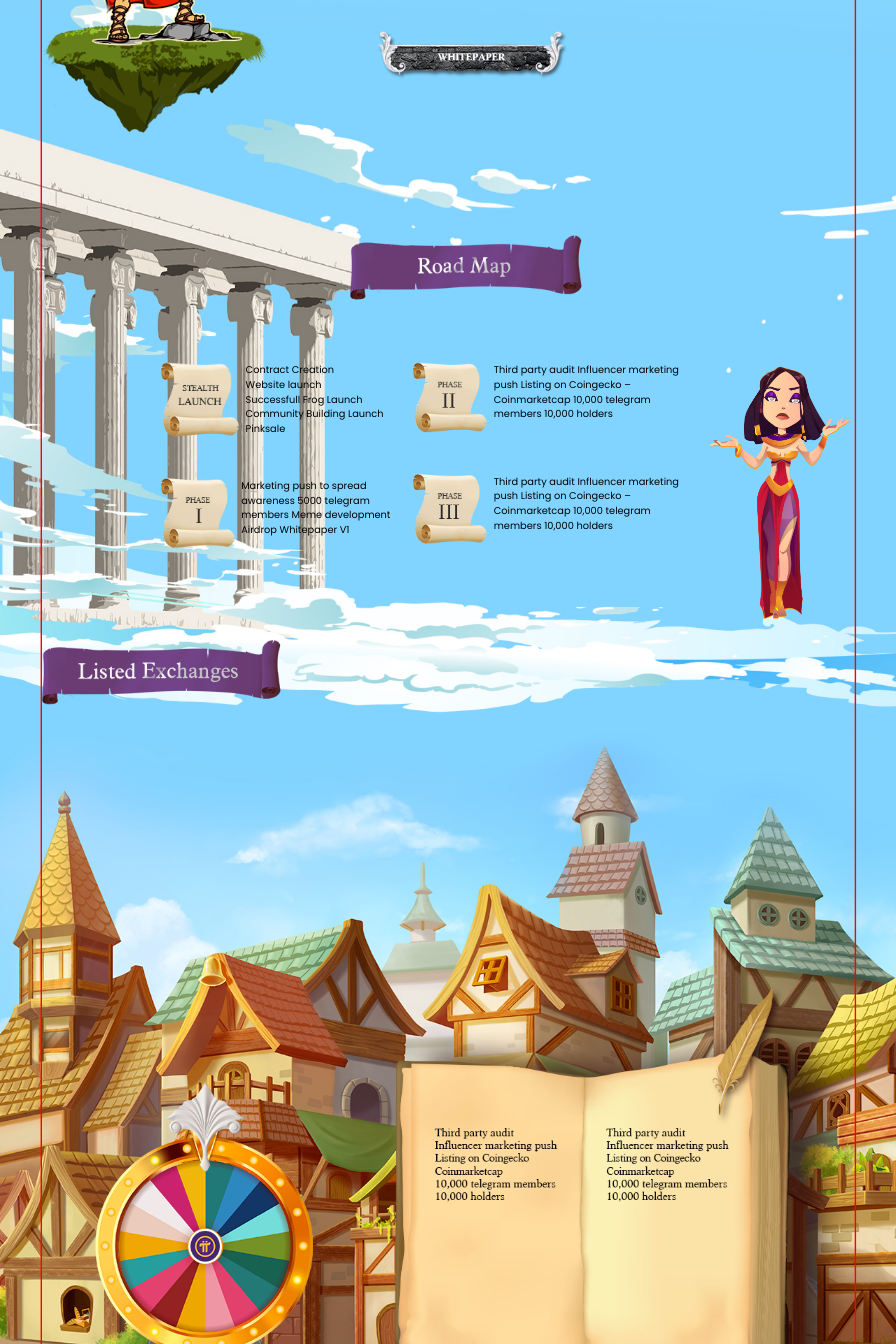
Repository: ducanhaep/pi-project
Page: index.html
An editor plug-in stored every save of this project. The page is shown before and after the next save, followed by the edit.
The browser window is 1280 px wide. The pictures show the part of the page from y = 1535 to 3455 px (the page is 6183 px tall), at 70% of full size.
The style sheet was rebuilt from its Sass, Less or Tailwind sources for each picture, by a compiler version that may differ from the author's.

Above is the page before, as saved 2022-07-04 22:19:25.

### index.html
<!DOCTYPE html>
<html lang="en">

<head>
	<meta charset="UTF-8">
	<meta http-equiv="X-UA-Compatible" content="IE=edge">
	<meta name="viewport" content="width=device-width, initial-scale=1.0">
	<title>Document</title>
	<link rel="preconnect" href="https://fonts.googleapis.com">
	<link rel="preconnect" href="https://fonts.gstatic.com" crossorigin>
	<link
		href="https://fonts.googleapis.com/css2?family=Nunito:wght@400;500;600;700&family=Poppins:wght@400;500;600;700&display=swap"
		rel="stylesheet">
	<link rel="stylesheet" href="./style.css">
</head>

<body>
	<div class="wrapper">
		<div class="container">
			<header>
				<nav class="navigation">
					<ul class="links">
						<li class="link">
							<a href="#">
								<img src="./images/logo.png" alt="logo" class="logo">
							</a>
						</li>
						<li class="link active">
							<a href="#">
								Home
							</a>
						</li>
						<li class="link">
							<a href="#">
								Audit
							</a>
						</li>
						<li class="link">
							<a href="#">
								KYC
							</a>
						</li>
						<li class="link">
							<a href="#">
								<img src="./images/buy-now.png" alt="">
							</a>
						</li>
					</ul>
					<!-- <button class="sidebar-toggle">
						<ion-icon name="menu-outline"></ion-icon>
					</button> -->
				</nav>

				<div class="header-content">
					<img class="header-content-title" src="images/header-title.png" alt="">

					<div class="header-content-image">
						<img src="./images/header-img.png" alt="" class="zeus">

						<div class="cloud">
							<img src="./images/clound.png" alt="cloud">
						</div>
						<!-- <div class="cloud1">
							<img src="./images/clound.png" alt="cloud">
						</div>
						<div class="cloud2">
							<img src="./images/clound.png" alt="cloud">
						</div> -->
						<div class="cloud3">
							<img src="./images/clound.png" alt="cloud">
						</div>
						<!-- <div class="cloud4">
							<img src="./images/clound.png" alt="cloud">
						</div> -->
					</div>
					<p class="header-content-description">Pi network inu is the funniest frog on BSC! A community-focused,
						decentralized <br> cryptocurrency with
						instant rewards for holders.
					</p>

					<ul class="header-content-links">
						<li>
							<a href="#">
								<img src="./images/header-btn-1.png" alt="btn-link">
							</a>
						</li>
						<li>
							<a href="#">
								<img src="./images/header-btn-2.png" alt="btn-link">
							</a>
						</li>
						<li>
							<a href="#">
								<img src="./images/header-btn-3.png" alt="btn-link">
							</a>
						</li>
					</ul>
					<div class="header-content-contract">
						<div class="content">
							<p class="contract">
								CONTRACT ADDRESS
							</p>
							<p class="address">0xc8CfAE61C3cDEA19D0dd8
								<br> D73411E4b6682E4b6682
							</p>
							<p class="copy">COPY</p>

						</div>
					</div>

				</div>
			</header>

			<main class="main">
				<session class="what-is">
					<div class="left-img">
						<img src="./images/whatis.png" alt="ss">
					</div>
					<div class="content">
						<img class="title" src="./images/sesstion-title1.png" alt="session title">
						<p>Pinetwork Inu is a meme token that only rewards investors for holding, the number of rewards received
							will increase over time if investors hold them longer. We are the safest place for long and short term
							investors in the meme category. Safemoon x10000 shiba x10000 babydoge x10000 so the next x10000 memecoin
							will be Pinetwork Inu.</p>
						<a href="#">
							<img src="./images/whitepaper.png" alt="">
						</a>
					</div>
					<div class="right-img">
						<img src="./images/book.png" alt="book">
					</div>
				</session>

				<session class="road-map">
					<div class="road-map-img">
						<img src="./images/roadmap.png" alt="road-map">
					</div>

					<div class="content">
						<div class="left-content box-phase">
							<div class="phase">
								<img src="./images/stealth-lauch.png" alt="stealth-lauch">
								<p>Contract Creation <br> Website launch <br> Successfull Frog Launch Community Building Launch Pinksale
								</p>
							</div>
							<div class="phase">
								<img src="./images/phase1.png" alt="stealth-lauch">
								<p>
									Marketing push to spread awareness
									5000 telegram members
									Meme development
									Airdrop
									Whitepaper V1
								</p>
							</div>

						</div>
						<div class="right-content box-phase">
							<div class="phase">
								<img src="./images/phase2.png" alt="stealth-lauch">
								<p>Third party audit
									Influencer marketing push
									Listing on Coingecko – Coinmarketcap
									10,000 telegram members
									10,000 holders</p>
							</div>
							<div class="phase">
								<img src="./images/phase3.png" alt="stealth-lauch">
								<p>Third party audit
									Influencer marketing push
									Listing on Coingecko – Coinmarketcap
									10,000 telegram members
									10,000 holders</p>
							</div>

						</div>
						<div class="image">
							<img src="./images/road-image.png" alt="">
						</div>
					</div>
				</session>

				<session class="list-exchanges">
					<div class="list-exchanges-image">
						<img src="./images/list-exchanges.png" alt="list-exchanges">
					</div>
					<div class="content">
						<div class="left">
							<img src="./images/spin.png" alt="spin">
						</div>
						<div class="right">
							<img src="./images/list-book.png" alt="spin">
						</div>
					</div>
				</session>

				<session class="the-god-nft">
					<div class="the-god-nft-image">
						<img src="./images/the-god-nft-title.png" alt="">
					</div>
					<div class="content">
						<img src="./images/nft1.png" alt="god">
						<img src="./images/nft2.png" alt="god">
						<img src="./images/nft3.png" alt="god">
						<img src="./images/nft4.png" alt="god">

					</div>
				</session>

				<session class="list-exchanges-bottom">
					<div class="list-exchanges-bottom-title">
						<img src="./images/list-exchanges.png" alt="title">
					</div>
					<div class="list-exchanges-bottom-image">
						<img src="./images/list-exchanges-btn-img.png" alt="title">
					</div>

					<div class="list-bottom-links">
						<ul class="list-links">
							<li>
								<a href="#">
									<img src="./images/list-link1.png" alt="link">
								</a>
							</li>
							<li>
								<a href="#">
									<img src="./images/list-link2.png" alt="link">
								</a>
							</li>
							<li>
								<a href="#">
									<img src="./images/list-link3.png" alt="link">
								</a>
							</li>
							<li>
								<a href="#">
									<img src="./images/list-link4.png" alt="link">
								</a>
							</li>
						</ul>
						<ul class="list-links">
							<li>
								<a href="#">
									<img src="./images/list-link5.png" alt="link">
								</a>
							</li>
							<li>
								<a href="#">
									<img src="./images/list-link6.png" alt="link">
								</a>
							</li>
							<li>
								<a href="#">
									<img src="./images/list-link1.png" alt="link">
								</a>
							</li>
							<li>
								<a href="#">
									<img src="./images/list-link8.png" alt="link">
								</a>
							</li>
						</ul>
					</div>
				</session>

				<session class="features">
					<div class="features-title">
						<img src="./images/feature-title.png" alt="">
					</div>

					<div class="list-bottom-links">
						<ul class="list-links">
							<li>
								<a href="#">
									<img src="./images/list-link9.png" alt="link">
								</a>
							</li>
							<li>
								<a href="#">
									<img src="./images/list-link10.png" alt="link">
								</a>
							</li>
							<li>
								<a href="#">
									<img src="./images/list-link11.png" alt="link">
								</a>
							</li>
							<li>
								<a href="#">
									<img src="./images/list-link12.png" alt="link">
								</a>
							</li>
						</ul>
						<ul class="list-links">
							<li>
								<a href="#">
									<img src="./images/list-link9.png" alt="link">
								</a>
							</li>
							<li>
								<a href="#">
									<img src="./images/list-link10.png" alt="link">
								</a>
							</li>
							<li>
								<a href="#">
									<img src="./images/list-link11.png" alt="link">
								</a>
							</li>
							<li>
								<a href="#">
									<img src="./images/list-link12.png" alt="link">
								</a>
							</li>
						</ul>
					</div>

					<div class="features-address">
						<div class="box">
							0xc8CfAE61C3cDEA19D0dd8D73411E4b6682E4b6682
						</div>
					</div>

					<ul class="features-links">
						<li>
							<a href="#">
								<img src="./images/feature-link1.png" alt="link">
							</a>
						</li>
						<li>
							<a href="#">
								<img src="./images/feature-link2.png" alt="link">
							</a>
						</li>
						<li>
							<a href="#">
								<img src="./images/feature-link3.png" alt="link">
							</a>
						</li>
					</ul>

					<ul class="features-social">
						<li>
							<a href="#">
								<img src="./images/logo-discord.png" alt="link">
							</a>
						</li>
						<li>
							<a href="#">
								<img src="./images/logo-youtube.png" alt="link">
							</a>
						</li>
						<li>
							<a href="#">
								<img src="./images/logo-fb.png" alt="link">
							</a>
						</li>
						<li>
							<a href="#">
								<img src="./images/logo-tw.png" alt="link">
							</a>
						</li>
						<li>
							<a href="#">
								<img src="./images/logo-tele.png" alt="link">
							</a>
						</li>
						<li>
							<a href="#">
								<img src="./images/logo11.png" alt="link">
							</a>
						</li>
						<li>
							<a href="#">
								<img src="./images/logo12.png" alt="link">
							</a>
						</li>
					</ul>
				</session>
			</main>
			<footer>
				© 2022 Pinetwork Inu.io . All rights reserved
			</footer>
		</div>
	</div>

	<script type="module" src="https://unpkg.com/ionicons@5.5.2/dist/ionicons/ionicons.esm.js"></script>
	<script nomodule src="https://unpkg.com/ionicons@5.5.2/dist/ionicons/ionicons.js"></script>
</body>

</html>

### style.scss
/* Box sizing rules */
*,
*::before,
*::after {
  box-sizing: border-box;
}

/* Remove default margin */
body,
h1,
h2,
h3,
h4,
p,
figure,
blockquote,
dl,
dd {
  margin: 0;
}

h1,
h2,
h3,
h4 {
  font-family: var(--ff-secondary);
}

ul {
  list-style: none;
  margin: 0;
  padding: 0;
}

html:focus-within {
  scroll-behavior: smooth;
}

:root {
  --primary-text-color: #2c2637;
}

@mixin mobile {
  @media screen and (max-width: 576px) {
    @content;
  }
}
@mixin tablet {
  @media screen and (max-width: ≥768px) {
    @content;
  }
}

body {
  font-family: "Poppins", sans-serif;
}

.wrapper {
  background-image: url(./images/big-bg-1.jpg);
  background-repeat: no-repeat;
  background-size: cover;
  @include mobile {
    max-width: 90%;
  }
  margin: 0 auto;
}

.container {
  max-width: 1165px;
  margin: 0 auto;
  border: 2px solid red;
}
.navigation {
  @include mobile {
    position: fixed;
    top: 0;
    left: 0;
    width: 100%;
    height: 100%;
    background: var(--clr-white);
    display: grid;
    grid-template-rows: auto 1fr auto;
    row-gap: 1rem;
    box-shadow: var(--clr-red-dark);
    transition: var(--transition);
    transform: translate(-100%);
  }
}

.show-sidebar {
  transform: translate(0);
}

.links {
  display: flex;
  justify-content: center;
  align-items: center;
  gap: 70px;
  padding-top: 10px;

  .link {
    a {
      text-decoration: none;
      color: var(--primary-text-color);
      font-weight: 500;
      transition: all 0.3s;
      &:hover {
        color: #fff;
      }
    }
    .logo {
      width: 150px;
      height: 100px;
    }
  }
}

.header-content {
  display: flex;
  flex-direction: column;
  align-items: center;
  margin-top: 130px;
  position: relative;

  &-title {
    height: 125px;
    width: 680px;
    margin-bottom: 40px;
  }
  &-image {
    margin-bottom: 20px;
    position: relative;
    .zeus {
      height: 400px;
      width: 350px;
    }
    .cloud {
      position: absolute;
      bottom: -70px;
      left: 0;
      img {
        height: 200px;
        width: 600px;
      }
    }
    // .cloud1 {
    //   position: absolute;
    //   bottom: -115px;
    //   left: 270px;
    //   img {
    //     height: 320px;
    //     width: 600px;
    //   }
    // }
    // .cloud2 {
    //   position: absolute;
    //   bottom: -130px;
    //   right: 236px;
    //   img {
    //     height: 280px;
    //     width: 600px;
    //   }
    // }
    .cloud3 {
      position: absolute;
      bottom: -111px;
      right: 425px;
      z-index: 2;
      img {
        height: 320px;
        width: 600px;
      }
    }
    // .cloud4 {
    //   position: absolute;
    //   bottom: -280px;
    //   right: 403px;
    //   z-index: 2;
    //   img {
    //     height: 320px;
    //     width: 600px;
    //   }
    // }
  }
  &-description {
    text-align: center;
    margin-bottom: 50px;
    z-index: 2;
    font-size: 14px;
  }
  &-links {
    display: flex;
    justify-content: center;
    gap: 40px;
    z-index: 2;
    img {
      height: 60px;
      width: 260px;
    }
  }

  &-contract {
    display: flex;
    justify-content: center;
    height: 300px;
    width: 240px;
    position: absolute;
    top: 135px;
    left: -125px;
    background-image: url(./images/paper-quill-corp.png);
    background-repeat: no-repeat;
    background-size: cover;
    color: var(--primary-text-color);

    .content {
      display: flex;
      flex-direction: column;
      justify-content: center;
      gap: 25px;
    }
    .contract {
      font-weight: 600;
      font-size: 14px;
      padding-left: 20px;
    }
    .address {
      font-size: 10px;
      padding-left: 10px;
      font-weight: 400;
    }
    .copy {
      text-align: center;
      font-weight: 600;
      padding-top: 5px;
      padding-bottom: 5px;
      padding-right: 5px;
      margin-right: 20px;
      border-top: 1px solid var(--primary-text-color);
      border-bottom: 1px solid var(--primary-text-color);
      cursor: pointer;
    }

    .cloud {
      img {
        height: 300px;
        width: 300px;
      }
    }
  }
}

.what-is {
  margin-top: 260px;
  display: flex;
  gap: 20px;

  .content {
    display: flex;
    flex-direction: column;
    align-items: center;
    gap: 60px;
    .title {
      height: 95px;
      width: 460px;
    }
    p {
      text-align: center;
      font-size: 14px;
    }
  }

  .right-img {
    padding-top: 70px;
    padding-left: 45px;
    padding-right: 45px;
    img {
      height: 165px;
      width: 165px;
    }
  }
}

.road-map {
  display: block;
  margin-top: 130px;
  &-img {
    display: flex;
    justify-content: center;
    padding-left: 50px;
  }

  .content {
    display: flex;
    gap: 20px;
    font-size: 14px;
    margin-top: 90px;
    padding-left: 170px;
    .box-phase {
      display: flex;
      flex-direction: column;
      gap: 60px;
    }
    .phase {
      display: flex;
      gap: 10px;
    }

    .image {
      img {
        width: 220px;
        height: 390px;
      }
    }
  }
}

.list-exchanges {
  &-image {
    height: 92px;
  }
  .content {
    padding-left: 75px;
    display: flex;
    justify-content: center;
    gap: 40px;
    align-items: end;
    min-height: 1020px;
    .left {
      align-self: flex-end;
    }
  }
}

.the-god-nft {
  margin-top: 20px;
  display: block;
  &-image {
    display: flex;
    justify-content: center;
    margin-bottom: 40px;
  }
  .content {
    display: flex;
    justify-content: center;
    gap: 10px;
    img {
      width: auto;
      height: 380px;
    }
  }
}

.list-exchanges-bottom {
  &-title {
    display: flex;
    justify-content: center;
    margin-top: 300px;
    margin-bottom: 30px;
  }
  &-image {
    padding-left: 50px;
    display: flex;
    justify-content: center;
  }
}
.list-bottom-links {
  background-color: #fff;
  padding: 30px 50px;
  border-radius: 30px;
  margin-top: -60px;
  z-index: 2;
  position: relative;
  box-shadow: 4px 8px 9px 2px rgba(0, 0, 0, 0.69);
  .list-links {
    display: flex;
    justify-content: center;
    gap: 20px;
    padding: 0;
    img {
      width: 90%;
    }
  }
}

.features {
  position: relative;
  &-title {
    margin-top: 50px;
    display: flex;
    justify-content: center;
  }
  .list-bottom-links {
    margin-top: 45px;
    img {
      width: 100%;
    }
    .list-links:last-child {
      padding-bottom: 50px;
    }
  }

  &-address {
    display: flex;
    justify-content: center;
    .box {
      display: flex;
      justify-content: center;
      align-items: center;
      color: #fff;
      width: 430px;
      height: 50px;
      background-image: url("./images/feature-address-bg.png");
      z-index: 3;
      margin-top: -30px;
    }
  }
  &-links {
    padding: 0;
    margin-top: 40px;
    display: flex;
    justify-content: center;
    gap: 40px;
  }

  &-social {
    padding: 0;
    display: flex;
    gap: 40px;
    justify-content: center;
    margin-top: 50px;
    align-items: center;
  }
}

footer {
  display: flex;
  justify-content: center;
  align-items: center;
  font-weight: 500;
  min-height: 150px;
}

After the next save:
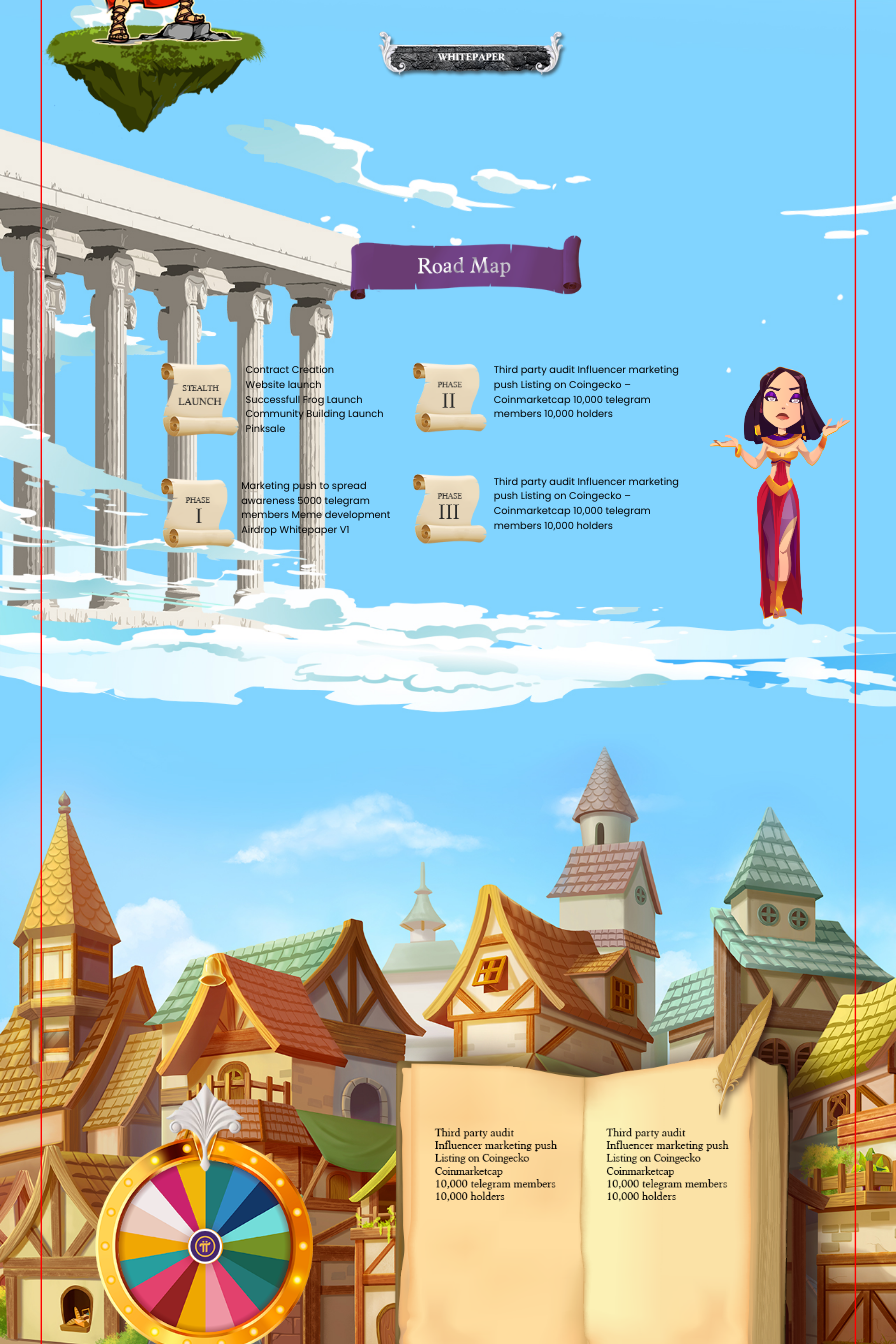
Saved 11 s later.
--- a/index.html
+++ b/index.html
@@ -182,7 +182,7 @@
 
 				<session class="list-exchanges">
 					<div class="list-exchanges-image">
-						<img src="./images/list-exchanges.png" alt="list-exchanges">
+
 					</div>
 					<div class="content">
 						<div class="left">
